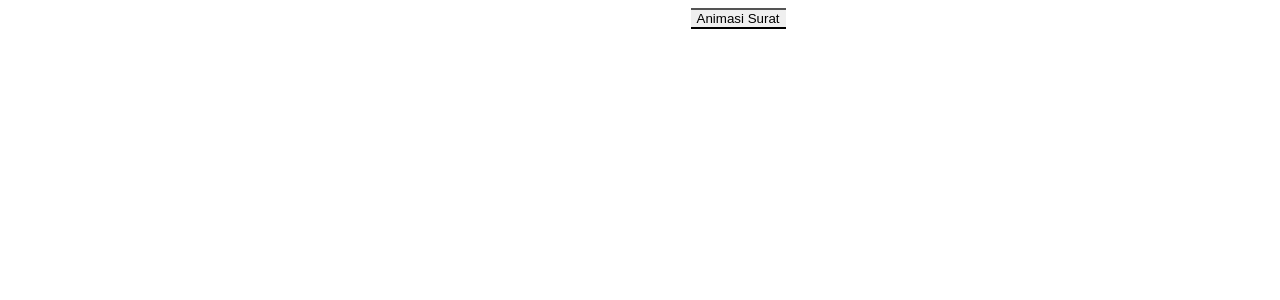
Repository: Irantsitumorang/projectRepo1
Page: BelajarJS/LatihanHTML/WebContent/suratj.html
The author's editor kept a copy of each file at every save. The page is drawn from the files as they stood at one save, then again after the next save.
The browser window is 1280 px wide. The pictures show the whole page.

Above is the page before, as saved 2021-07-01 10:41:44.

### BelajarJS/LatihanHTML/WebContent/suratj.html
<!DOCTYPE html>
<html>
<head>
	<meta charset="UTF-8">
    <meta http-equiv="X-UA-Compatible" content="IE=edge">
    <meta name="viewport" content="width=device-width, initial-scale=1.0">
    <script src="https://ajax.googleapis.com/ajax/libs/jquery/3.5.1/jquery.min.js"></script>
    <title>Document</title>

    <style>

	#bg{
	margin-left: 54%;
	border-left: 20px;
	border-right: 20px;
	}

    #surat1 {
    width: 0;
    height: 0;

    border-left: 70px solid transparent;
	border-right: 70px solid transparent;
	border-bottom: 70px solid red;
    }

    #surat2 {
    width: 0;
    height: 0;

    border-left: 70px solid transparent;
	border-right: 70px solid transparent;
	border-top: 70px solid red;
    }

     #surat3 {
    width: 0;
    height: 0;

    border-left: 70px solid transparent;
	border-right: 70px solid transparent;
	border-top: 70px solid red;
    }

   #kumpulan {
	margin-left: 50%;
   }

</style>
<script>

$(document).ready(function(){

  $("button").click(function(){

    $("#surat1").fadeIn(4000);
    $("#surat2").fadeIn(7000);
    $("#surat3").fadeIn(9000);

  });
});

</script>
</head>
<body>

<button id="bg">Animasi Surat</button><br><br>

<div id="kumpulan">
<div id="surat1" style="display:none; background-color:yellow;"></div><br>
<div id="surat2" style="display:none; background-color:orange;"></div><br>
<div id="surat3" style="display:none; background-color:blue;"></div>
</div>

</body>
</html>

After the next save:
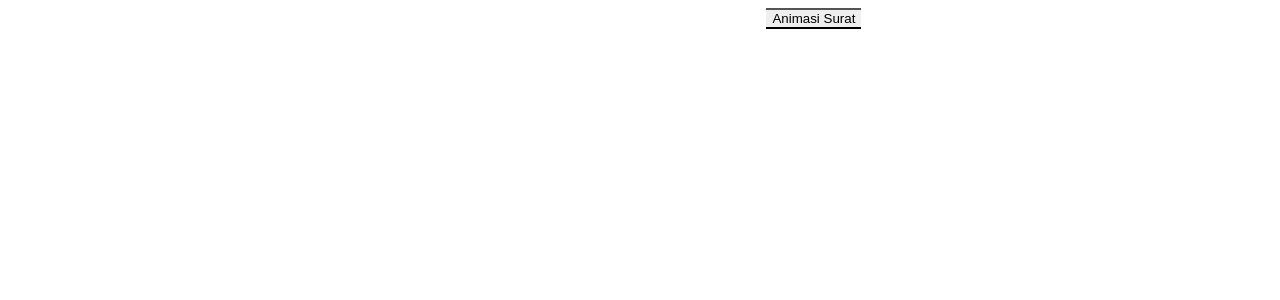
Saved 7 s later.
--- a/BelajarJS/LatihanHTML/WebContent/suratj.html
+++ b/BelajarJS/LatihanHTML/WebContent/suratj.html
@@ -10,7 +10,7 @@
     <style>
 
 	#bg{
-	margin-left: 54%;
+	margin-left: 60%;
 	border-left: 20px;
 	border-right: 20px;
 	}
